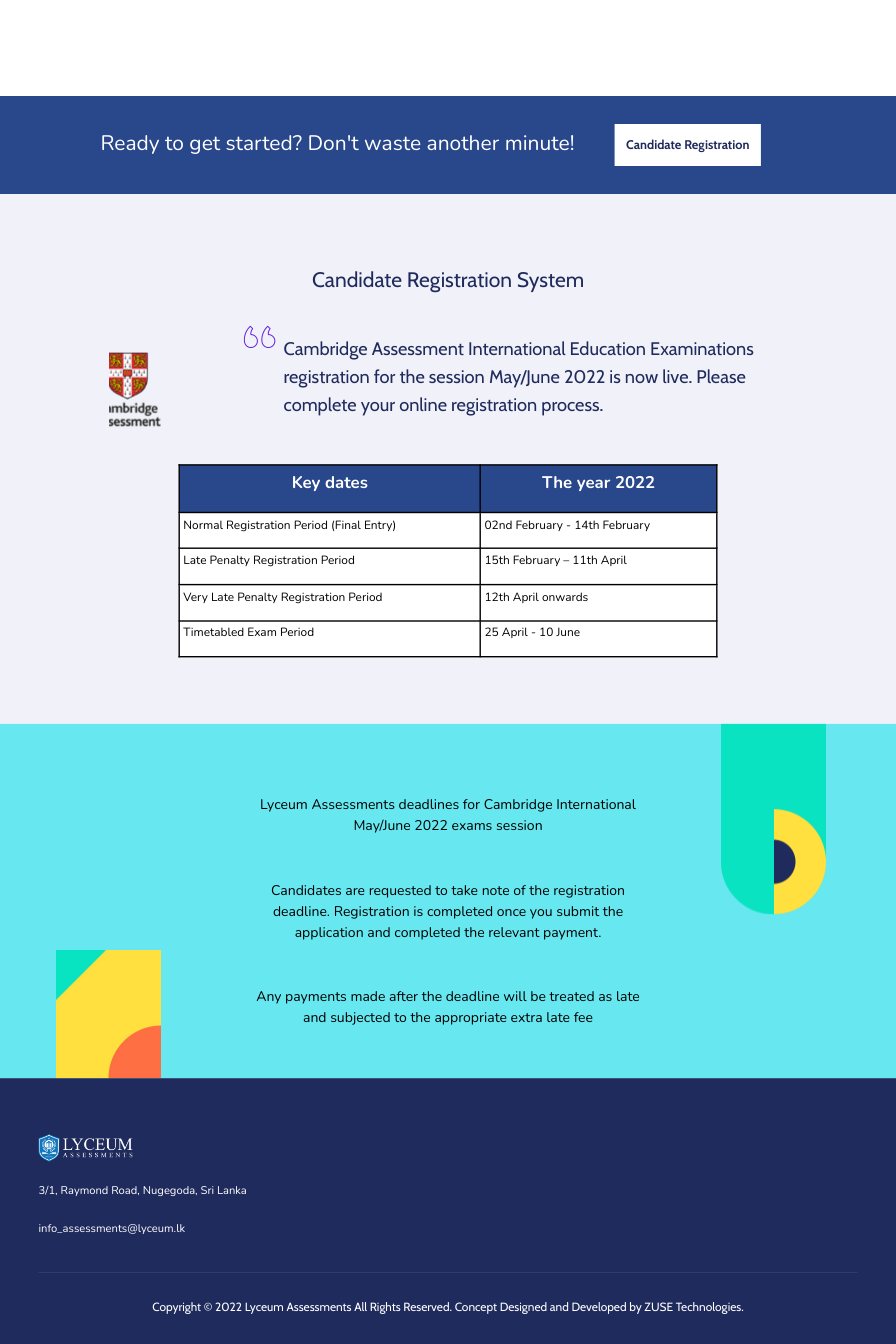
Repository: AXUSLK/LyceumAssessments-HTML
Page: index.html
The author's editor kept a copy of each file at every save. The page is drawn from the files as they stood at one save, then again after a run of saves.
The browser window is 1280 px wide. The pictures show the part of the page from y = 2663 to 4583 px (the page is 4583 px tall before and 4475 px after), at 70% of full size.
Backgrounds fixed to the window are drawn as part of the page. Some web libraries are served in a nearby version.

Above is the page before, as saved 2022-01-31 14:12:04.

After the next 2 saves:
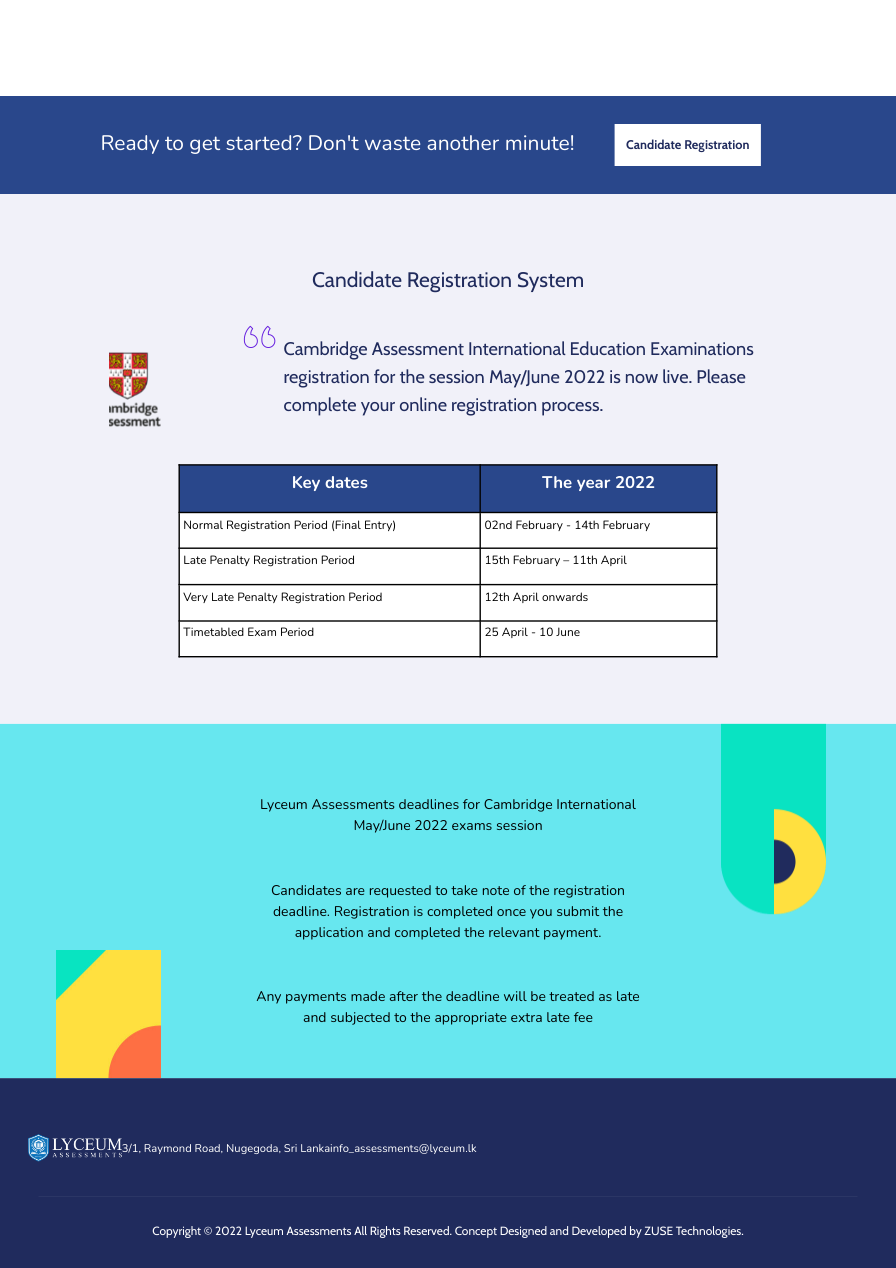
The 2 saves are shown as one change because they came seconds apart.
The last was saved 3 min 30 s later.
--- a/index.html
+++ b/index.html
@@ -487,7 +487,7 @@
 				<div class="container">
 					<div class="row">
 
-						<div class="col-md-4">
+						<div style="display: flex; justify-content: center; align-items: center;" class="">
 							<!-- ftLogo -->
 							<div class="ftLogo mb-6 mx-auto mx-md-0">
 								<a href="javascript:void(0);">
